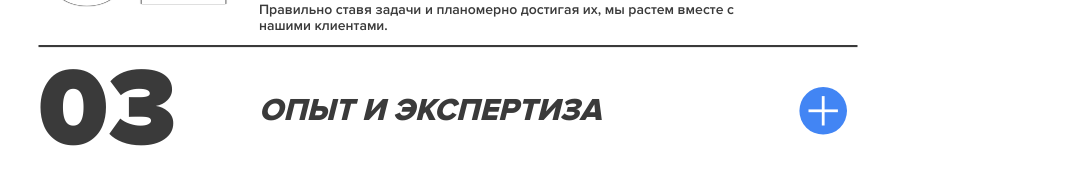
Repository: fanbear/Mnews
Page: index.html
An editor plug-in stored every save of this project. The page is shown before and after the next save, followed by the edit.
The browser window is 1280 px wide. The page is 1525 px wide, so the pictures cover 1525 px, including what lies to the right of the window. The pictures show the part of the page from y = 3885 to 5485 px (the page is 4139 px tall before and 7100 px after), at 70% of full size.
Some web libraries are served in a nearby version.

Above is the page before, as saved 2022-07-27 16:50:52.

After the next save:
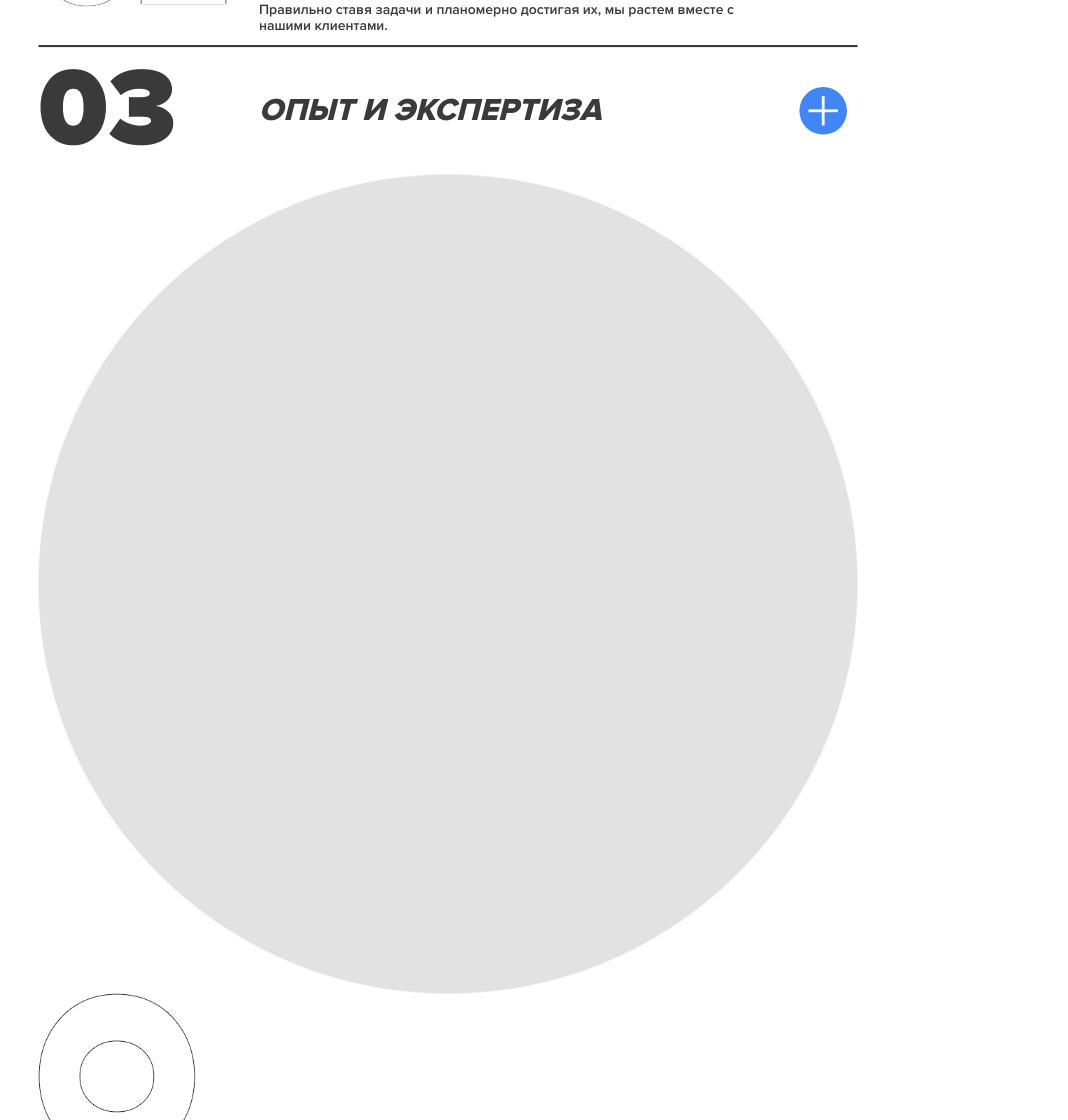
Saved 4 min 1 s later.
--- a/index.html
+++ b/index.html
@@ -221,7 +221,16 @@
                 </div>
             </div>
         </div>
-
+        <div class="container portfolio">
+            <div class="row">
+                <div class="portfolio-circe">
+                    <img src="./image/portfolio-elips.jpg" alt="mnews-portfolio-elips">
+                </div>
+                <div class="portfolio-text">
+                    <img src="./image/portfolio-text.png" alt="mnews-portfolio-text">
+                </div>
+            </div>
+        </div>
 
     </main>
     <footer class="footer">
